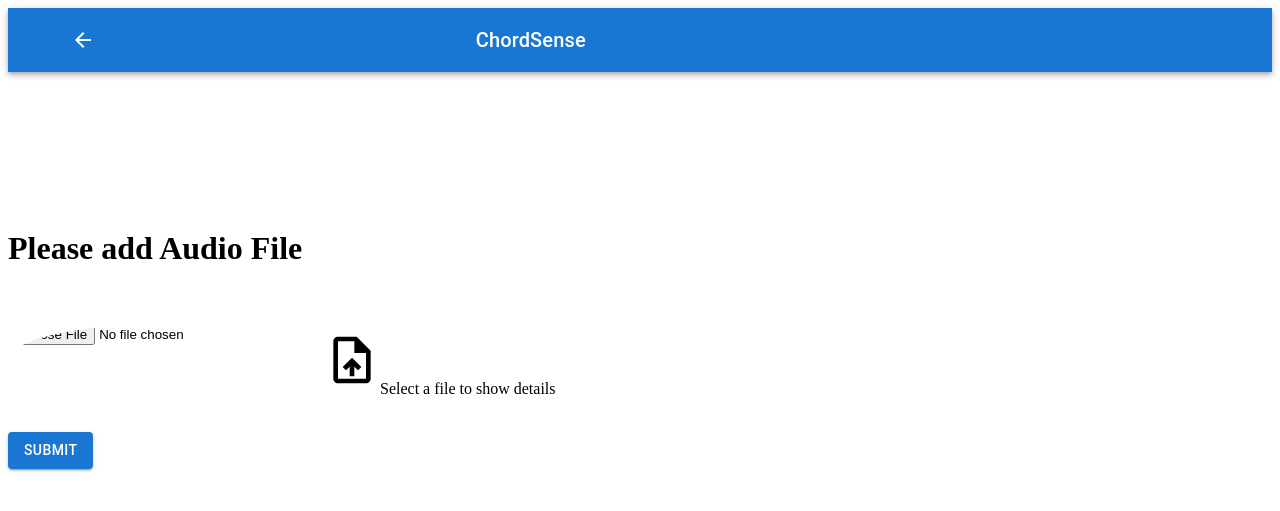
Repository: shamu332/ChordSense
Page: / (app in ui/)
An editor plug-in stored every save of this project. The page is shown before and after the next save, followed by the edit.
The browser window is 1280 px wide. The pictures show the whole page.
The project was rebuilt for these pictures with package versions that can differ from the ones it lists, and the page was loaded fresh each time. Also part of the build but not shown: ui/src/pages/Results.js.

Above is the page before, as saved 2023-03-11 15:32:15.

### ui/src/index.js

import React from "react";
import ReactDOM from "react-dom";
import { BrowserRouter as Router, Routes, Route } from "react-router-dom";
import Results from "./pages/Results";
import Landing from "./pages/Landing";

ReactDOM.render(
  <>
    <Router>
      <Routes>
        <Route path="/" element={<Landing />} />
        <Route path="/results" element={<Results />} />
      </Routes>
    </Router>
  </>,
  document.getElementById("root")
);

### ui/src/pages/Landing.js
import React, { useState, ChangeEvent } from "react";
import Header from "../Header";
import CircularProgress from "@mui/material/CircularProgress";
import UploadFileIcon from '@mui/icons-material/UploadFile';
import Button from '@mui/material/Button';
import { useNavigate } from "react-router-dom";

function Scanner() {
  const [loader, setLoader] = useState(false);
  const [selectedFile, setSelectedFile] = useState();
  const [isFilePicked, setIsFilePicked] = useState(false);
  let navigate = useNavigate();

  function toggleLoader() {
    setLoader(!loader);
  }


const changeHandler = (event) => {
	setSelectedFile(event.target.files[0]);
	setIsFilePicked(true);
};

const handleSubmission = () => {
};


  return (
    <>
      <Header />
      <div
        style={{
          display: "flex",
          alignItems: "flex-end",
          height: "30vh",
        }}
      >
        <h1>
            Please add Audio File
        </h1>
      </div>
      {loader ? (
        <div
          style={{
            display: "flex",
            justifyContent: "center",
            alignItems: "center",
            height: "30vh",
          }}
        >
          <CircularProgress />
        </div>
      ) : (
        <>
          <div
            style={{
              display: "flex",
              alignItems: "center",
              height:"20vh",
            }}
          >
            <input type="file" name="file" onChange={changeHandler}
            style={{
                width: '25%',
                height: '50%',
                borderRadius: '50%'}}/>
                <UploadFileIcon
                style={{
                    fontSize: "350%"
                }}></UploadFileIcon>

                {isFilePicked ? (
                    <div>
                        <p>Filename: {selectedFile.name}</p>
                        <p>Filetype: {selectedFile.type}</p>
                        <p>Size in bytes: {selectedFile.size}</p>
                        <p>
                            lastModifiedDate:{' '}
                            {selectedFile.lastModifiedDate.toLocaleDateString()}
                        </p>
                    </div>
                ) : (
                    <p style ={{
                        position:'relative',
                        top: '20%'
                    }}>Select a file to show details</p>
                )}
          </div>
          <div
            style={{
              display: "flex",
            }}
          >
            <Button
              onClick={handleSubmission}
              variant="contained"
            >
              Submit
            </Button>
          </div>
        </>
      )}
    </>
  );
}

export default Scanner;

### ui/src/Header.js
import * as React from "react";
import AppBar from "@mui/material/AppBar";
import Box from "@mui/material/Box";
import Toolbar from "@mui/material/Toolbar";
import Typography from "@mui/material/Typography";
import IconButton from "@mui/material/IconButton";
import ArrowBackIcon from "@mui/icons-material/ArrowBack";
import { useNavigate } from "react-router-dom";

export default function Header() {
  const navigate = useNavigate();
  return (
    <Box sx={{ flexGrow: 1 }}>
      <AppBar position="static">
        <Toolbar>
          <IconButton
            size="large"
            edge="start"
            color="inherit"
            aria-label="menu"
            sx={{ mr: 2 }}
          ></IconButton>
          <ArrowBackIcon
            onClick={() => navigate(-1)}
            sx={{ position: "absolute", left: "5%" }}
          />
          <Typography
            variant="h6"
            component="div"
            sx={{ flexGrow: 1, position: "absolute", left: "37%" }}
          >
            ChordSense
          </Typography>
        </Toolbar>
      </AppBar>
    </Box>
  );
}

Loaded but not shown: ui/public/index.html (common file)

After the next save:
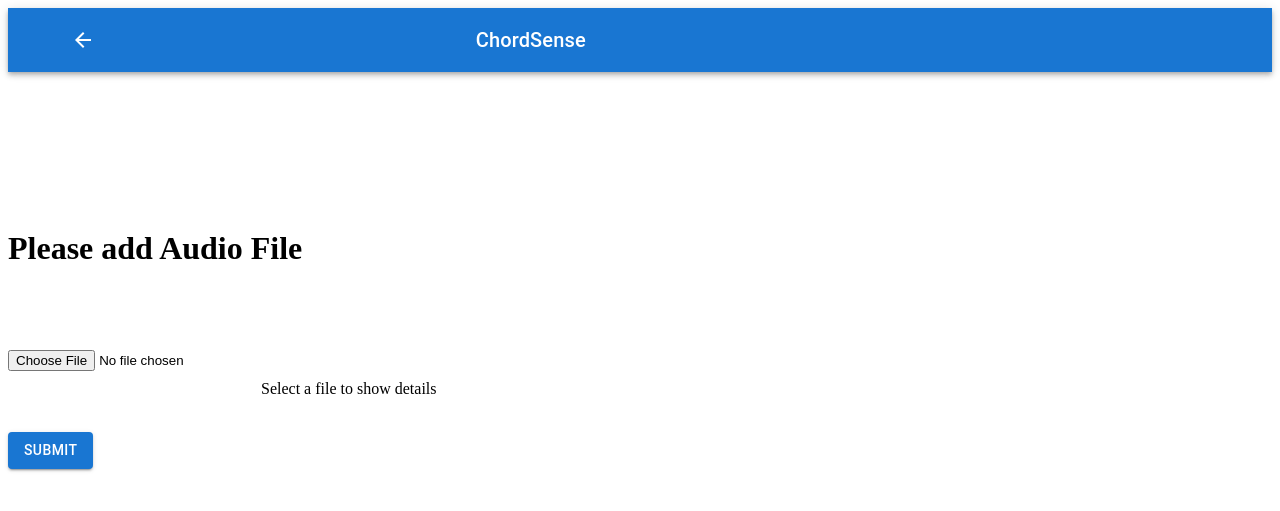
Saved 76 s later.
--- a/ui/src/pages/Landing.js
+++ b/ui/src/pages/Landing.js
@@ -59,15 +59,7 @@ const handleSubmission = () => {
               height:"20vh",
             }}
           >
-            <input type="file" name="file" onChange={changeHandler}
-            style={{
-                width: '25%',
-                height: '50%',
-                borderRadius: '50%'}}/>
-                <UploadFileIcon
-                style={{
-                    fontSize: "350%"
-                }}></UploadFileIcon>
+            <input type="file" name="file" onChange={changeHandler} />
 
                 {isFilePicked ? (
                     <div>
